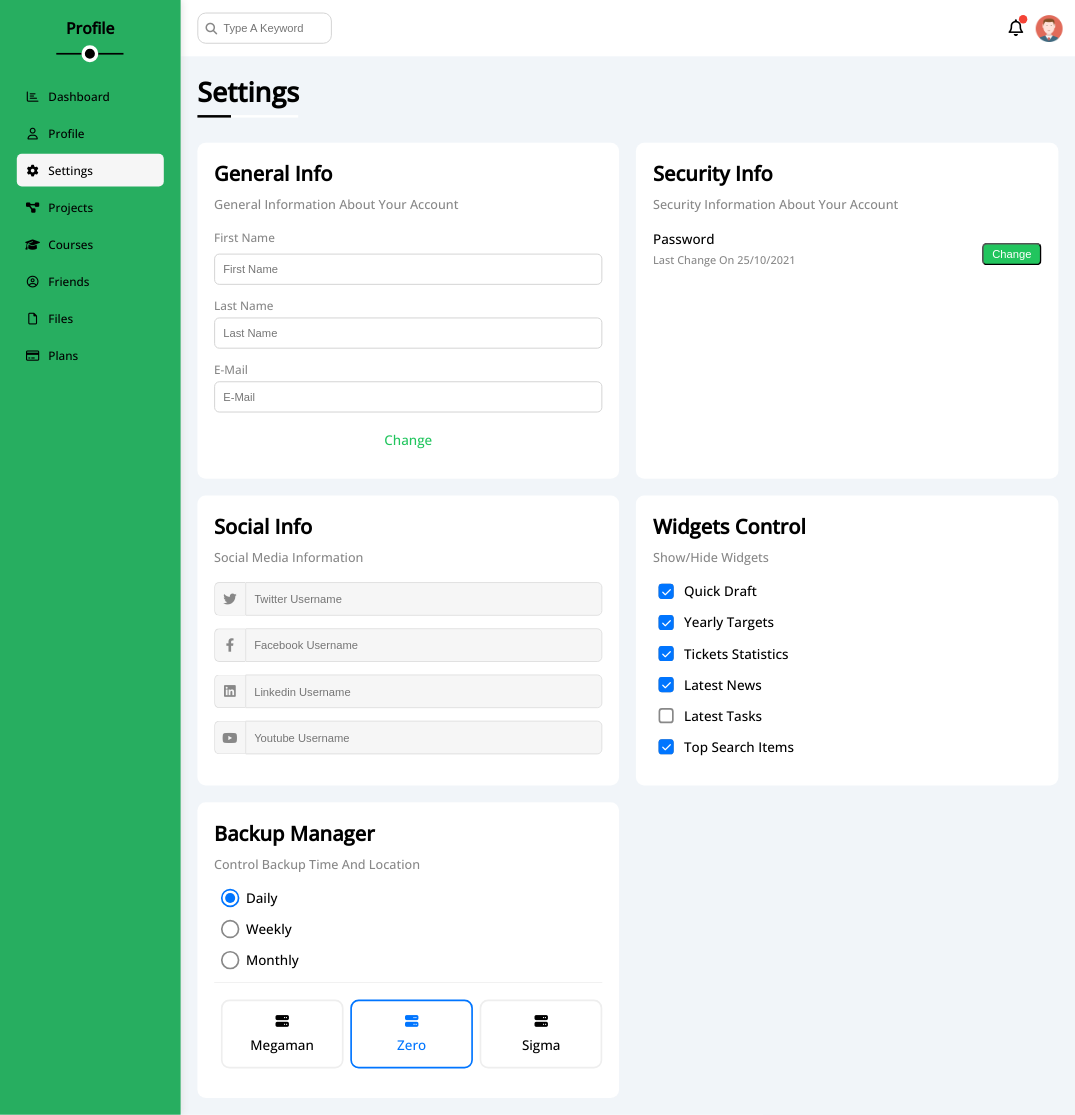
Repository: souhailaniba/Bookly
Page: public/assets/books webstie/settings.html
An editor plug-in stored every save of this project. The page is shown before and after the next save, followed by the edit.
The browser window is 1280 px wide. The pictures show the whole page, at 84% of full size.

Above is the page before, as saved 2023-01-27 14:54:14.

### public/assets/books webstie/settings.html
<!DOCTYPE html>
<html lang="en">
  <head>
    <meta charset="UTF-8" />
    <meta http-equiv="X-UA-Compatible" content="IE=edge" />
    <meta name="viewport" content="width=device-width, initial-scale=1.0" />
    <title>Settings</title>
    <link rel="stylesheet" href="css/all.min.css" />
    <link rel="stylesheet" href="css/framework.css" />
    <link rel="stylesheet" href="css/master.css" />
    <link rel="preconnect" href="https://fonts.googleapis.com" />
    <link rel="preconnect" href="https://fonts.gstatic.com" crossorigin />
    <link href="https://fonts.googleapis.com/css2?family=Open+Sans:wght@300;500&display=swap" rel="stylesheet" />
  </head>
  <body>
    <div class="page d-flex">
      <div class="sidebar bg-white p-20 p-relative"   style="background-color: #27ae60;">
        <h3 class="p-relative txt-c mt-0">Profile</h3>
        <ul>
          <li>
            <a class="d-flex align-center fs-14 c-black rad-6 p-10" href="profil.html">
              <i class="fa-regular fa-chart-bar fa-fw"></i>
              <span>Dashboard</span>
            </a>
          </li>
          <li>
            <a class="d-flex align-center fs-14 c-black rad-6 p-10" href="profile.html">
              <i class="fa-regular fa-user fa-fw"></i>
              <span>Profile</span>
            </a>
          </li>
          <li>
            <a class="active d-flex align-center fs-14 c-black rad-6 p-10" href="settings.html">
              <i class="fa-solid fa-gear fa-fw"></i>
              <span>Settings</span>
            </a>
          </li>
          <li>
            <a class="d-flex align-center fs-14 c-black rad-6 p-10" href="projects.html">
              <i class="fa-solid fa-diagram-project fa-fw"></i>
              <span>Projects</span>
            </a>
          </li>
          <li>
            <a class="d-flex align-center fs-14 c-black rad-6 p-10" href="courses.html">
              <i class="fa-solid fa-graduation-cap fa-fw"></i>
              <span>Courses</span>
            </a>
          </li>
          <li>
            <a class="d-flex align-center fs-14 c-black rad-6 p-10" href="friends.html">
              <i class="fa-regular fa-circle-user fa-fw"></i>
              <span>Friends</span>
            </a>
          </li>
          <li>
            <a class="d-flex align-center fs-14 c-black rad-6 p-10" href="files.html">
              <i class="fa-regular fa-file fa-fw"></i>
              <span>Files</span>
            </a>
          </li>
          <li>
            <a class="d-flex align-center fs-14 c-black rad-6 p-10" href="plans.html">
              <i class="fa-regular fa-credit-card fa-fw"></i>
              <span>Plans</span>
            </a>
          </li>
        </ul>
      </div>
      <div class="content w-full">
        <!-- Start Head -->
        <div class="head bg-white p-15 between-flex">
          <div class="search p-relative">
            <input class="p-10" type="search" placeholder="Type A Keyword" />
          </div>
          <div class="icons d-flex align-center">
            <span class="notification p-relative">
              <i class="fa-regular fa-bell fa-lg"></i>
            </span>
            <img src="imgs/avatar.png" alt="" />
          </div>
        </div>
        <!-- End Head -->
        <h1 class="p-relative">Settings</h1>
        <div class="settings-page m-20 d-grid gap-20">

          <!-- Start Settings Box -->
          <div class="p-20 bg-white rad-10">
            <h2 class="mt-0 mb-10">General Info</h2>
            <p class="mt-0 mb-20 c-grey fs-15">General Information About Your Account</p>
            <div class="mb-15">
              <label class="fs-14 c-grey d-block mb-10" for="first">First Name</label>
              <input
                class="b-none border-ccc p-10 rad-6 d-block w-full"
                type="text"
                id="first"
                placeholder="First Name"
              />
            </div>
            <div class="mb-15">
              <label class="fs-14 c-grey d-block mb-5" for="last">Last Name</label>
              <input
                class="b-none border-ccc p-10 rad-6 d-block w-full"
                id="last"
                type="text"
                placeholder="Last Name"
              />
            </div>
            <div class="mb-15">
              <label class="fs-14 c-grey d-block mb-5" for="email">E-Mail</label>
              <input
                class="b-none border-ccc p-10 rad-6 d-block w-full"
                id="email"
                type="email"
                placeholder="E-Mail"
              />
              <center><br><a class="c-green" href="#">Change</a></center>
            </div>
          </div>
          <!-- End Settings Box -->
          <!-- Start Settings Box -->
          <div class="p-20 bg-white rad-10">
            <h2 class="mt-0 mb-10">Security Info</h2>
            <p class="mt-0 mb-20 c-grey fs-15">Security Information About Your Account</p>
            <div class="sec-box mb-15 between-flex">
              <div>
                <span>Password</span>
                <p class="c-grey mt-5 mb-0 fs-13">Last Change On 25/10/2021</p>
              </div>
              <button class="button bg-green c-white btn-shape" type="submit" action="">Change</button>

            </div>
          </div>
          <!-- End Settings Box -->
          <!-- Start Settings Box -->
          <div class="social-boxes p-20 bg-white rad-10">
            <h2 class="mt-0 mb-10">Social Info</h2>
            <p class="mt-0 mb-20 c-grey fs-15">Social Media Information</p>
            <div class="d-flex align-center mb-15">
              <i class="fa-brands fa-twitter center-flex c-grey"></i>
              <input class="w-full" type="text" placeholder="Twitter Username" />
            </div>
            <div class="d-flex align-center mb-15">
              <i class="fa-brands fa-facebook-f center-flex c-grey"></i>
              <input class="w-full" type="text" placeholder="Facebook Username" />
            </div>
            <div class="d-flex align-center mb-15">
              <i class="fa-brands fa-linkedin center-flex c-grey"></i>
              <input class="w-full" type="text" placeholder="Linkedin Username" />
            </div>
            <div class="d-flex align-center">
              <i class="fa-brands fa-youtube center-flex c-grey"></i>
              <input class="w-full" type="text" placeholder="Youtube Username" />
            </div>
          </div>
          <!-- End Settings Box -->
          <!-- Start Settings Box -->
          <div class="widgets-control p-20 bg-white rad-10">
            <h2 class="mt-0 mb-10">Widgets Control</h2>
            <p class="mt-0 mb-20 c-grey fs-15">Show/Hide Widgets</p>
            <div class="control d-flex align-center mb-15">
              <input type="checkbox" id="one" checked />
              <label for="one">Quick Draft</label>
            </div>
            <div class="control d-flex align-center mb-15">
              <input type="checkbox" id="two" checked />
              <label for="two">Yearly Targets</label>
            </div>
            <div class="control d-flex align-center mb-15">
              <input type="checkbox" id="three" checked />
              <label for="three">Tickets Statistics</label>
            </div>
            <div class="control d-flex align-center mb-15">
              <input type="checkbox" id="four" checked />
              <label for="four">Latest News</label>
            </div>
            <div class="control d-flex align-center mb-15">
              <input type="checkbox" id="five" />
              <label for="five">Latest Tasks</label>
            </div>
            <div class="control d-flex align-center mb-15">
              <input type="checkbox" id="six" checked />
              <label for="six">Top Search Items</label>
            </div>
          </div>
          <!-- End Settings Box -->
          <!-- Start Settings Box -->
          <div class="backup-control p-20 bg-white rad-10">
            <h2 class="mt-0 mb-10">Backup Manager</h2>
            <p class="mt-0 mb-20 c-grey fs-15">Control Backup Time And Location</p>
            <div class="date d-flex align-center mb-15">
              <input type="radio" name="time" id="daily" checked />
              <label for="daily">Daily</label>
            </div>
            <div class="date d-flex align-center mb-15">
              <input type="radio" name="time" id="weekly" />
              <label for="weekly">Weekly</label>
            </div>
            <div class="date d-flex align-center mb-15">
              <input type="radio" name="time" id="monthly" />
              <label for="monthly">Monthly</label>
            </div>
            <div class="servers d-flex align-center txt-c">
              <input type="radio" name="servers" id="server-one" />
              <div class="server mb-15 rad-10 w-full">
                <label class="d-block m-15" for="server-one">
                  <i class="fa-solid fa-server d-block mb-10"></i>
                  Megaman
                </label>
              </div>
              <input type="radio" name="servers" id="server-two" checked />
              <div class="server mb-15 rad-10 w-full">
                <label class="d-block m-15" for="server-two">
                  <i class="fa-solid fa-server d-block mb-10"></i>
                  Zero
                </label>
              </div>
              <input type="radio" name="servers" id="server-three" />
              <div class="server mb-15 rad-10 w-full">
                <label class="d-block m-15" for="server-three">
                  <i class="fa-solid fa-server d-block mb-10"></i>
                  Sigma
                </label>
              </div>
            </div>
          </div>
          <!-- End Settings Box -->
        </div>
      </div>
    </div>
  </body>
</html>

### public/assets/books webstie/css/framework.css
:root {
  --blue-color: #0075ff;
  --blue-alt-color: #0d69d5;
  --orange-color: #f59e0b;
  --green-color: #22c55e;
  --red-color: #f44336;
  --grey-color: #888;
}
/* Start Box */
.d-flex {
  display: flex;
}
.f-wrap {
  flex-wrap: wrap;
}
.align-center {
  align-items: center;
}
.space-between {
  justify-content: space-between;
}
.d-grid {
  display: grid;
}
.gap-20 {
  gap: 20px;
}
.d-block {
  display: block;
}
@media (max-width: 767px) {
  .block-mobile {
    display: block;
  }
  .hide-mobile {
    display: none;
  }
}
/* End Box */
/* Start Padding + Margin */
.p-10 {
  padding: 10px;
}
.p-15 {
  padding: 15px;
}
.p-20 {
  padding: 20px;
}
.pt-10 {
  padding-top: 10px;
}
.pt-15 {
  padding-top: 15px;
}
.pt-20 {
  padding-top: 20px;
}
.pb-10 {
  padding-bottom: 10px;
}
.pb-15 {
  padding-bottom: 15px;
}
.pb-20 {
  padding-bottom: 20px;
}
.pl-15 {
  padding-left: 15px;
}
.m-0 {
  margin: 0;
}
.m-15 {
  margin: 15px;
}
.m-20 {
  margin: 20px;
}
.mt-0 {
  margin-top: 0;
}
.mt-5 {
  margin-top: 5px;
}
.mt-10 {
  margin-top: 10px;
}
.mt-15 {
  margin-top: 15px;
}
.mt-20 {
  margin-top: 20px;
}
.mt-25 {
  margin-top: 25px;
}
.mr-10 {
  margin-right: 10px;
}
.mr-15 {
  margin-right: 15px;
}
.mb-5 {
  margin-bottom: 5px;
}
.mb-10 {
  margin-bottom: 10px;
}
.mb-15 {
  margin-bottom: 15px;
}
.mb-20 {
  margin-bottom: 20px;
}
.mb-25 {
  margin-bottom: 25px;
}
/* End Padding + Margin */
/* Start Color */
.c-black {
  color: black;
}
.c-white {
  color: white;
}
.c-grey {
  color: var(--grey-color);
}
.c-red {
  color: var(--red-color);
}
.c-green {
  color: var(--green-color);
}
.c-blue {
  color: var(--blue-color);
}
.c-orange {
  color: var(--orange-color);
}
.bg-red {
  background-color: var(--red-color);
}
.bg-green {
  background-color: var(--green-color);
}
.bg-blue {
  background-color: var(--blue-color);
}
.bg-orange {
  background-color: var(--orange-color);
}
.bg-white {
  background-color: white;
}
.bg-eee {
  background-color: #eee;
}
/* End Color */
/* Start Position */
.p-relative {
  position: relative;
}
.p-absolute {
  position: absolute;
}
/* End Position */
/* Start Font */
.txt-c {
  text-align: center;
}
.fs-13 {
  font-size: 13px;
}
.fs-14 {
  font-size: 14px;
}
.fs-15 {
  font-size: 15px;
}
.fs-25 {
  font-size: 25px;
}
.fw-bold {
  font-weight: bold;
}
@media (max-width: 767px) {
  .txt-c-mobile {
    text-align: center;
  }
}
/* End Font */
/* Start Border */
.rad-6 {
  border-radius: 6px;
}
.rad-10 {
  border-radius: 10px;
}
.rad-half {
  border-radius: 50%;
}
.b-none {
  border: none;
}
.border-ccc {
  border: 1px solid #ccc;
}
.border-eee {
  border: 1px solid #eee;
}

/* End Border */
/* Start Width + Height */
.w-full {
  width: 100%;
}
.w-100 {
  width: 100px;
}
.w-fit {
  width: fit-content;
}
.h-full {
  height: 100%;
}
.h-100 {
  height: 100px;
}
/* End Width + Height */
/* Start Components */
.center-flex {
  display: flex;
  align-items: center;
  justify-content: center;
}
.between-flex {
  display: flex;
  align-items: center;
  justify-content: space-between;
}
.btn-shape {
  padding: 4px 10px;
  border-radius: 6px;
}
/* End Components */

Loaded but not shown: public/assets/books webstie/css/all.min.css (library); public/assets/books webstie/css/master.css (1171 lines, source omitted)

After the next save:
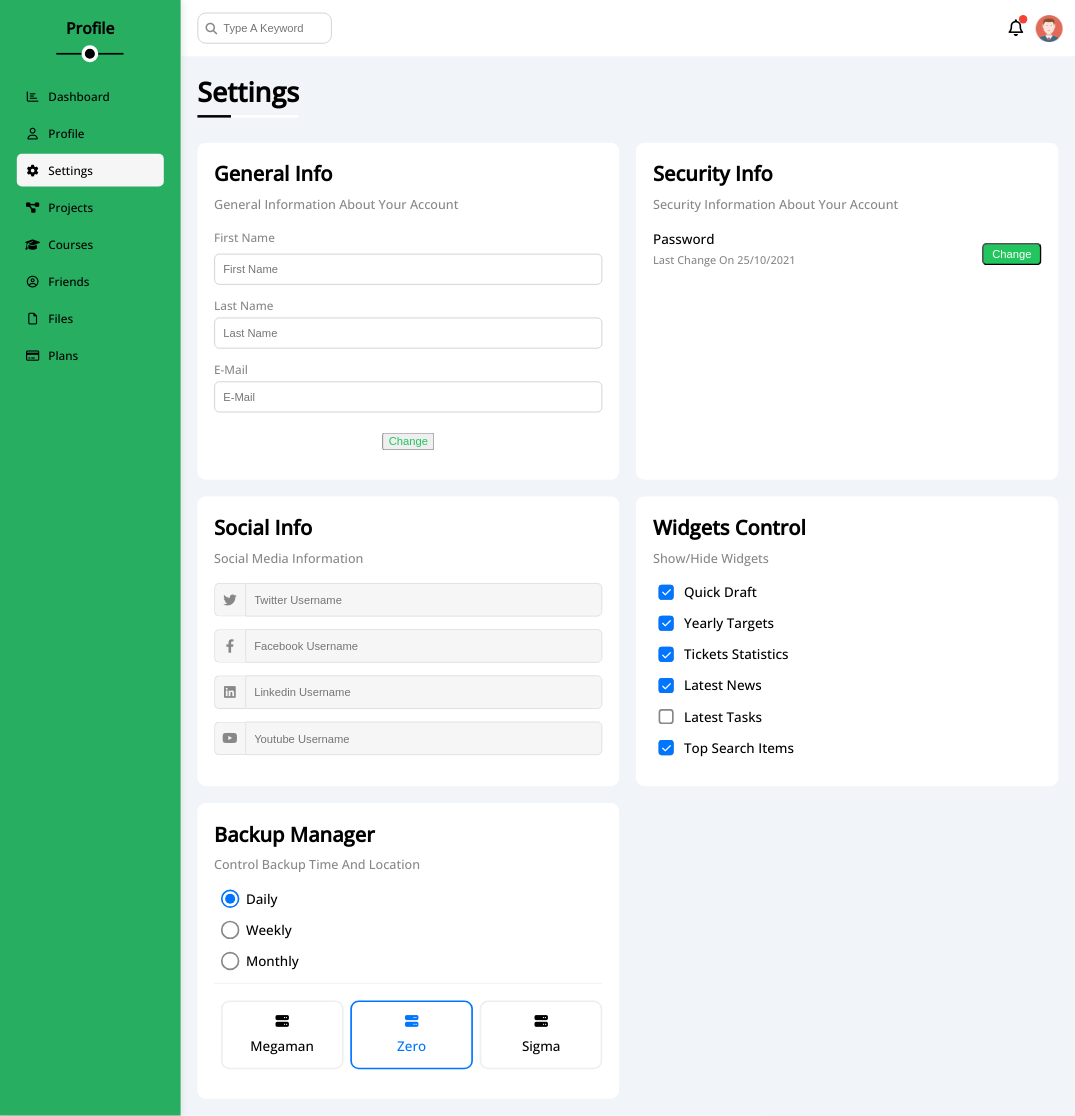
Saved 57 s later.
--- a/public/assets/books webstie/settings.html
+++ b/public/assets/books webstie/settings.html
@@ -114,7 +114,7 @@
                 type="email"
                 placeholder="E-Mail"
               />
-              <center><br><a class="c-green" href="#">Change</a></center>
+              <center><br><button class="c-green" type="submit" action="">Change</button></center>
             </div>
           </div>
           <!-- End Settings Box -->
@@ -128,7 +128,6 @@
                 <p class="c-grey mt-5 mb-0 fs-13">Last Change On 25/10/2021</p>
               </div>
               <button class="button bg-green c-white btn-shape" type="submit" action="">Change</button>
-
             </div>
           </div>
           <!-- End Settings Box -->
